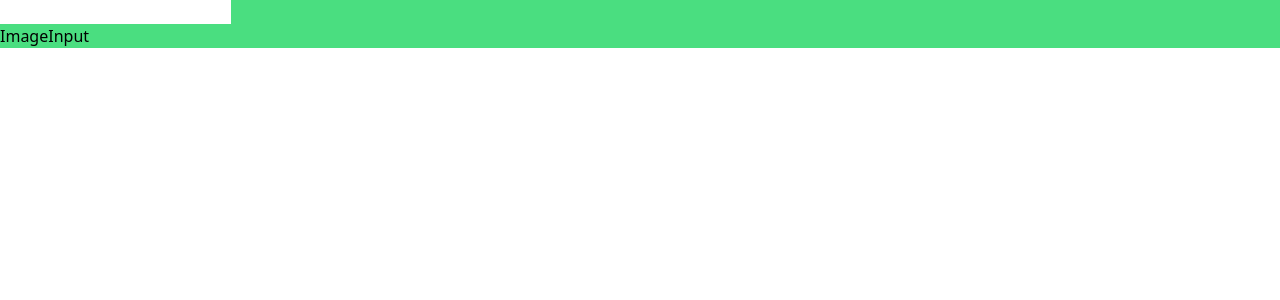
Repository: Marhamat92/booksappwithcontext
Page: /
An editor plug-in stored every save of this project. The page is shown before and after the next save, followed by the edit.
The browser window is 1280 px wide. The pictures show the whole page.
The project was rebuilt for these pictures with package versions that can differ from the ones it lists, and the page was loaded fresh each time. Also part of the build but not shown: src/App.css.

Above is the page before, as saved 2022-12-07 13:47:45.

### src/App.tsx
import "./App.css";
import ImageInput from "./components/Inputs/ImageInput";
import TextInput from "./components/Inputs/TextInput";

function App() {
  return (
    <div>
      <div className='bg-green-400'>
        <TextInput />
        <ImageInput />
      </div>
    </div>
  );
}

export default App;

### src/components/Inputs/ImageInput.tsx
import React from "react";

type Props = {};

function ImageInput({}: Props) {
  return <div>ImageInput</div>;
}

export default ImageInput;

### src/components/Inputs/TextInput.tsx
import React from "react";

type Props = {};

function TextInput({}: Props) {
  return (
    <div>
      <input type='text' />
    </div>
  );
}

export default TextInput;

Loaded but not shown: public/index.html (common file); src/index.tsx (common file); src/index.css (common file); tailwind.config.js (common file)

After the next save:
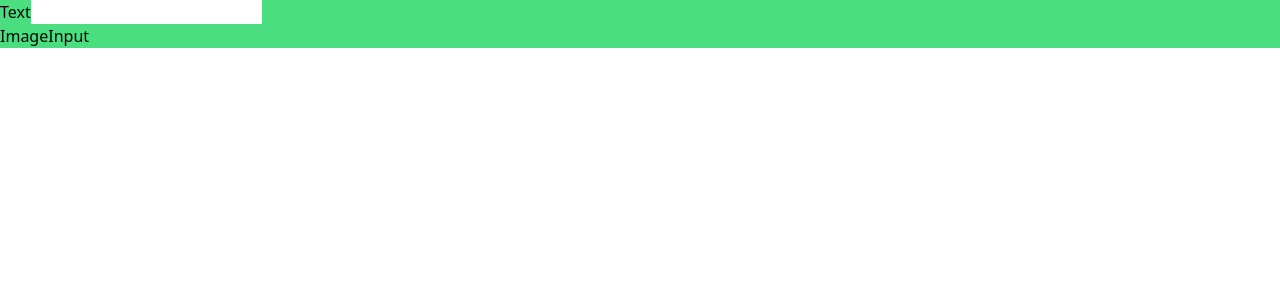
Saved 9 s later.
--- a/src/components/Inputs/TextInput.tsx
+++ b/src/components/Inputs/TextInput.tsx
@@ -5,6 +5,7 @@
 function TextInput({}: Props) {
   return (
     <div>
+      <label htmlFor='text'>Text</label>
       <input type='text' />
     </div>
   );

After the save that followed:
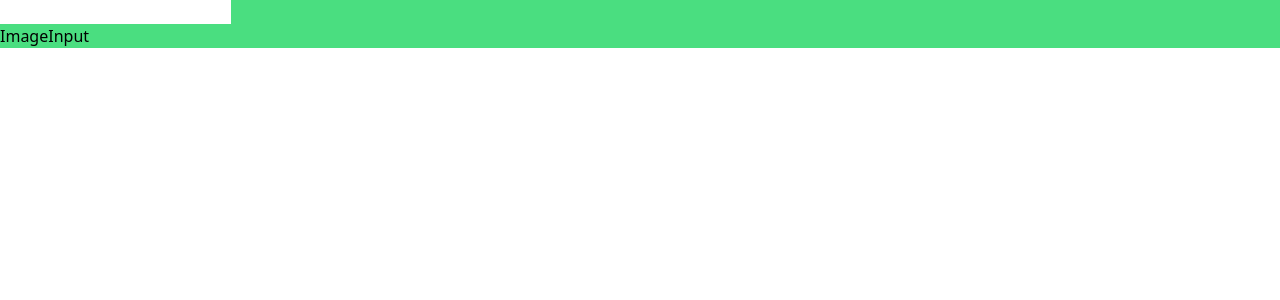
Saved 75 s later.
--- a/src/components/Inputs/TextInput.tsx
+++ b/src/components/Inputs/TextInput.tsx
@@ -1,11 +1,14 @@
 import React from "react";
 
-type Props = {};
+type Props = {
+  label: string;
+  placeholder: string;
+};
 
-function TextInput({}: Props) {
+function TextInput({ label, placeholder }: Props) {
   return (
     <div>
-      <label htmlFor='text'>Text</label>
+      <label htmlFor='text'></label>
       <input type='text' />
     </div>
   );
